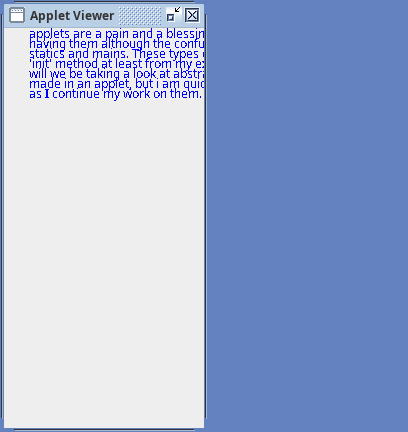
Repository: ArtixFox/SchoolWork
Program's window: java SchoolApplets/src/com/adsb/school/Applets/Applet1.java
The author's editor kept a copy of each file at every save. The program's window is drawn from the files as they stood at one save, then again after the next save.
It runs on Java 21 on a 1366 x 768 screen with the Metal look.

Above is the program's window before, as saved 2015-04-27 14:48:13.

### SchoolApplets/src/com/adsb/school/Applets/Applet1.java
package com.adsb.school.Applets;


import java.applet.*;
import java.awt.Graphics;
import java.awt.Color;


public class Applet1 extends Applet {

	private static final long serialVersionUID = -1994206097564841540L;

	private String message1 = "applets are a pain and a blessing i dont mind";
	private String  message2 = "having them although the confusion occurs when you have to leave out";
	private String  message3= "statics and mains. These types of classes usually require a";
	private String  message4 = "'init' method at least from my experiance. But one question i have is";
	private String  message5 = "will we be taking a look at abstract classes and such? Also, my game is";
	private String  message6 = "made in an applet, but i am quickly grasping the concept of the applets";
	private String  message7 = "as I continue my work on them.";

	public void paint(Graphics g){
		setSize(200, 400);
		g.setColor(Color.BLUE);
		g.drawString(message1,25, 10);
		g.drawString(message2,25, 20);
		g.drawString(message3,25, 30);
		g.drawString(message4,25, 40);
		g.drawString(message5,25, 50);
		g.drawString(message6,25, 60);
		g.drawString(message7,25, 70);
	}
	public void init(){


	}


}

After the next save:
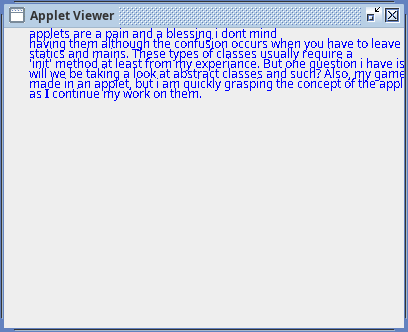
Saved 17 s later.
--- a/SchoolApplets/src/com/adsb/school/Applets/Applet1.java
+++ b/SchoolApplets/src/com/adsb/school/Applets/Applet1.java
@@ -19,7 +19,7 @@
 	private String  message7 = "as I continue my work on them.";
 
 	public void paint(Graphics g){
-		setSize(200, 400);
+		setSize(400, 300);
 		g.setColor(Color.BLUE);
 		g.drawString(message1,25, 10);
 		g.drawString(message2,25, 20);
